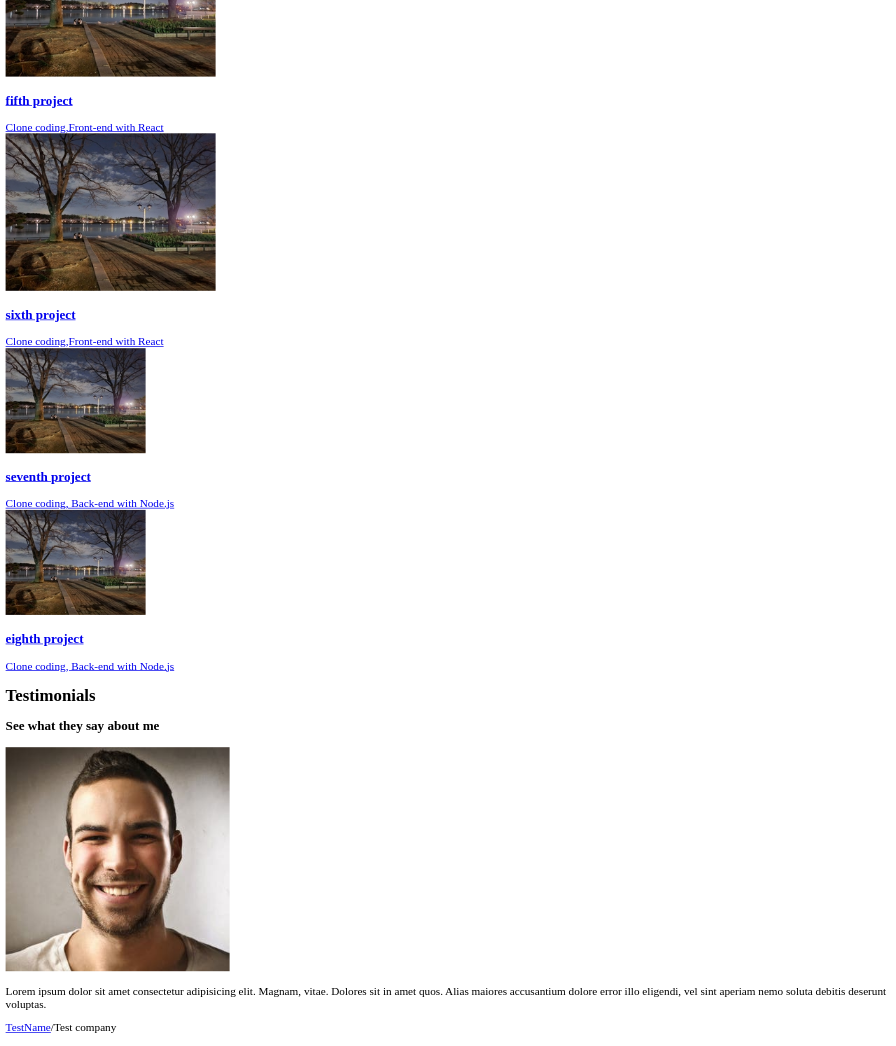
Repository: delphkim/portfolio
Page: index.html
An editor plug-in stored every save of this project. The page is shown before and after the next save, followed by the edit.
The browser window is 1280 px wide. The pictures show the part of the page from y = 3248 to 5168 px (the page is 4742 px tall before and 5168 px after), at 70% of full size.
Some web libraries are served in a nearby version.

Above is the page before, as saved 2021-08-02 13:17:04.

After the next save:
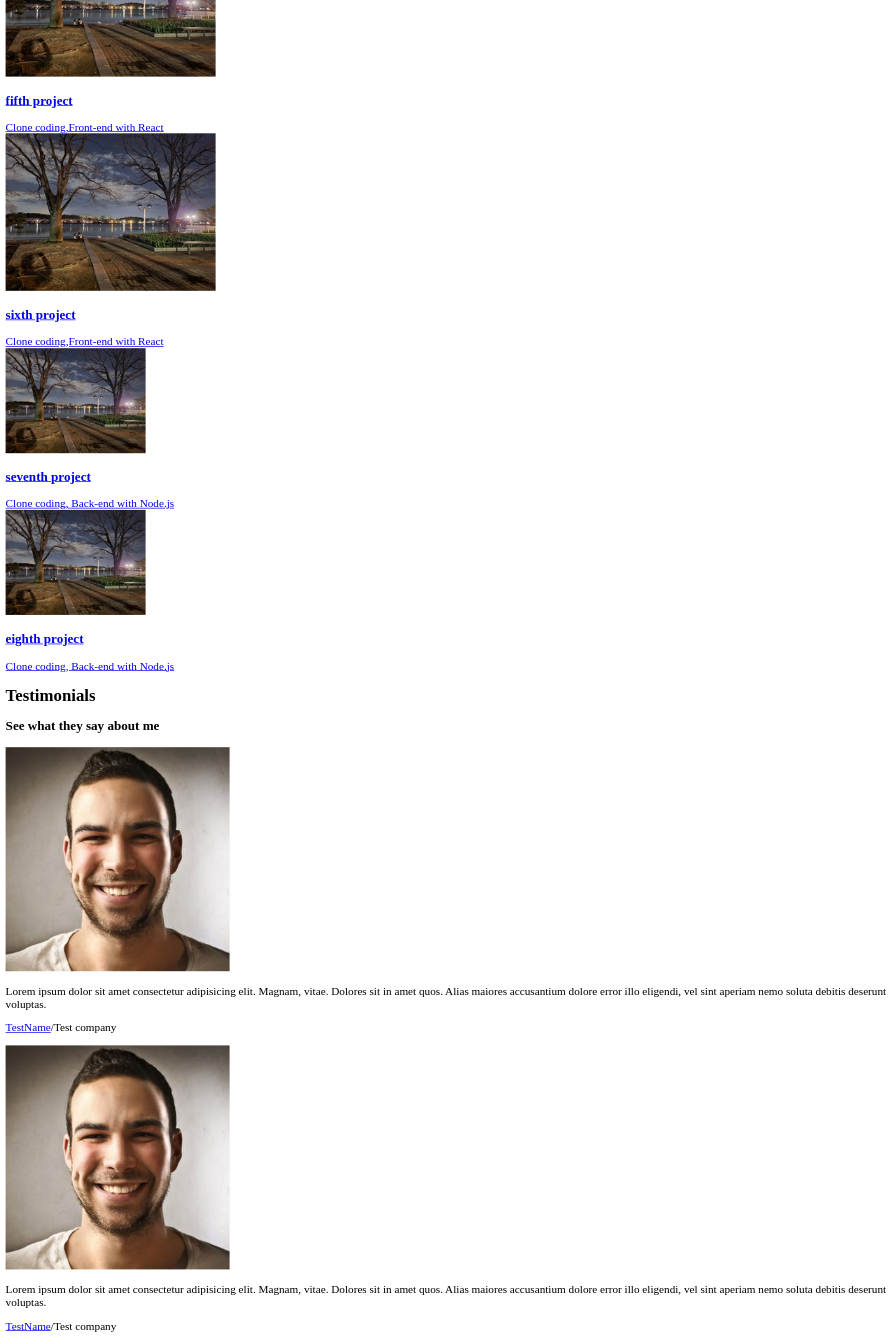
Saved 6 min 38 s later.
--- a/index.html
+++ b/index.html
@@ -252,7 +252,17 @@
                    vel sint aperiam nemo soluta debitis deserunt voluptas.</p>
                    <p class="name"><a href="https://github.com/develPhaba/test">TestName</a>/Test company</p>
                </div>
-
+        </div>
+        <div class="testimonial">
+          <img src="./imgs/testimonial/people1.jpg"
+               alt="people"
+               class="testimonial__avatar">
+               <div class="testimonial__speech-bubble">
+                <p>Lorem ipsum dolor sit amet consectetur adipisicing elit. Magnam, vitae.
+                  Dolores sit in amet quos. Alias maiores accusantium dolore error illo eligendi,
+                  vel sint aperiam nemo soluta debitis deserunt voluptas.</p>
+                <p class="name"><a href="https://github.com/develPhaba/test">TestName</a>/Test company</p>
+              </div>
         </div>
       </div>
     </section>
